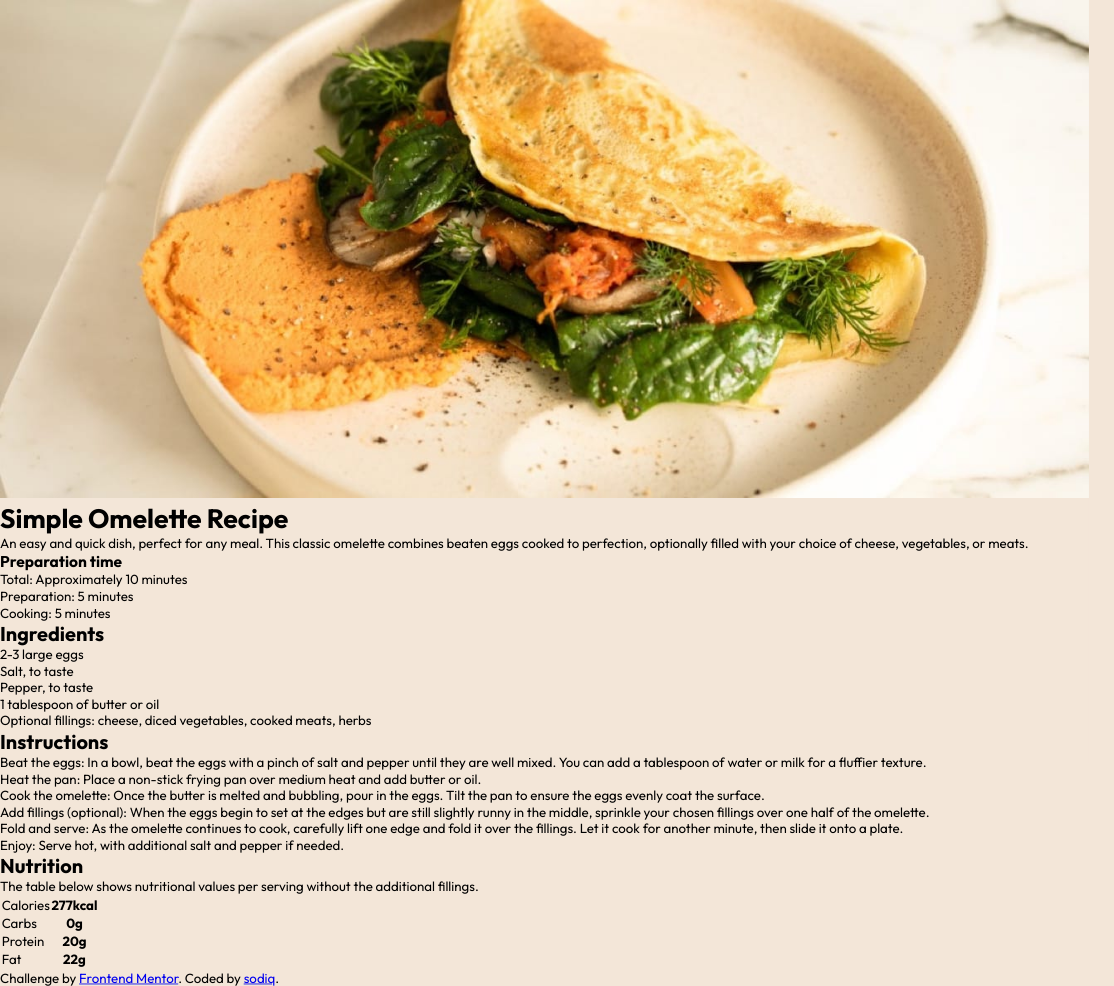
Repository: sodmaq/recipe-page-
Page: index.html
The author's editor kept a copy of each file at every save. The page is drawn from the files as they stood at one save, then again after the next save.
The browser window is 1280 px wide. The page is 1312 px wide, then 1342 px, so the pictures cover 1342 px, including what lies to the right of the window. The pictures show the whole page, at 83% of full size.

Above is the page before, as saved 2024-09-08 04:15:59.

### index.html
<!DOCTYPE html>
<html lang="en">
  <head>
    <meta charset="UTF-8" />
    <meta name="viewport" content="width=device-width, initial-scale=1.0" />
    <link rel="preconnect" href="https://fonts.googleapis.com" />
    <link rel="preconnect" href="https://fonts.gstatic.com" crossorigin />
    <link
      href="https://fonts.googleapis.com/css2?family=Outfit:wght@400;600;700&family=Young+Serif&display=swap"
      rel="stylesheet"
    />
    <link
      rel="icon"
      type="image/png"
      sizes="32x32"
      href="./assets/images/favicon-32x32.png"
    />
    <link rel="stylesheet" href="/style.css" />
    <title>Frontend Mentor | Recipe page</title>
  </head>
  <body>
    <main class="container">
      <img src="/assets/images/image-omelette.jpeg" alt="image-omelette" />
      <div class="heading-text">
        <h1 class="title">Simple Omelette Recipe</h1>
        <p class="paragraph">
          An easy and quick dish, perfect for any meal. This classic omelette
          combines beaten eggs cooked to perfection, optionally filled with your
          choice of cheese, vegetables, or meats.
        </p>
      </div>
      <div class="preparation-section">
        <h3>Preparation time</h3>
        <ul>
          <li><span>Total:</span> Approximately 10 minutes</li>
          <li><span>Preparation:</span> 5 minutes</li>
          <li><span>Cooking:</span> 5 minutes</li>
        </ul>
      </div>
      <section>
        <div class="ingredients">
          <h2>Ingredients</h2>
          <ul>
            <li>2-3 large eggs</li>
            <li>Salt, to taste</li>
            <li>Pepper, to taste</li>
            <li>1 tablespoon of butter or oil</li>
            <li>
              Optional fillings: cheese, diced vegetables, cooked meats, herbs
            </li>
          </ul>
        </div>
        <div class="instructions">
          <ol>
            <h2>Instructions</h2>
            <li>
              <span> Beat the eggs: </span> In a bowl, beat the eggs with a
              pinch of salt and pepper until they are well mixed. You can add a
              tablespoon of water or milk for a fluffier texture.
            </li>
            <li>
              <span> Heat the pan: </span>Place a non-stick frying pan over
              medium heat and add butter or oil.
            </li>
            <li>
              <span> Cook the omelette: </span> Once the butter is melted and
              bubbling, pour in the eggs. Tilt the pan to ensure the eggs evenly
              coat the surface.
            </li>
            <li>
              <span> Add fillings (optional):</span> When the eggs begin to set
              at the edges but are still slightly runny in the middle, sprinkle
              your chosen fillings over one half of the omelette.
            </li>
            <li>
              <span> Fold and serve:</span> As the omelette continues to cook,
              carefully lift one edge and fold it over the fillings. Let it cook
              for another minute, then slide it onto a plate.
            </li>
            <li>
              <span>Enjoy:</span> Serve hot, with additional salt and pepper if
              needed.
            </li>
          </ol>
        </div>
        <div class="nutrition-section">
          <h2>Nutrition</h2>
          <p>
            The table below shows nutritional values per serving without the
            additional fillings.
          </p>
          <table class="table">
            <tr>
              <td>Calories</td>
              <th>277kcal</th>
            </tr>
            <tr>
              <td>Carbs</td>
              <th>0g</th>
            </tr>
            <tr>
              <td>Protein</td>
              <th>20g</th>
            </tr>
            <tr>
              <td>Fat</td>
              <th>22g</th>
            </tr>
          </table>
        </div>
      </section>
    </main>

    <footer class="attribution">
      Challenge by
      <a href="https://www.frontendmentor.io?ref=challenge" target="_blank"
        >Frontend Mentor</a
      >. Coded by <a href="#">sodiq</a>.
    </footer>
  </body>
</html>

### style.css
* {
  margin: 0;
  padding: 0;
  box-sizing: border-box;
}

:root {
  /* Primary color */
  --Nutmeg-color: hsl(14, 45%, 36%);
  --Dark-Raspberry: hsl(332, 51%, 32%);

  /* Neutral color */
  --White-color: hsl(0, 0%, 100%);
  --Rose-White: hsl(330, 100%, 98%);
  --Eggshell-background-color: hsl(30, 54%, 90%);
  --Light-Grey: hsl(30, 18%, 87%);
  --Wenge-Brown: hsl(30, 10%, 34%);
  --Dark-Charcoal: hsl(24, 5%, 18%);
}
body {
  font-family: "Outfit", sans-serif;
  background-color: var(--Eggshell-background-color);
  padding: 1;
}

After the next save:
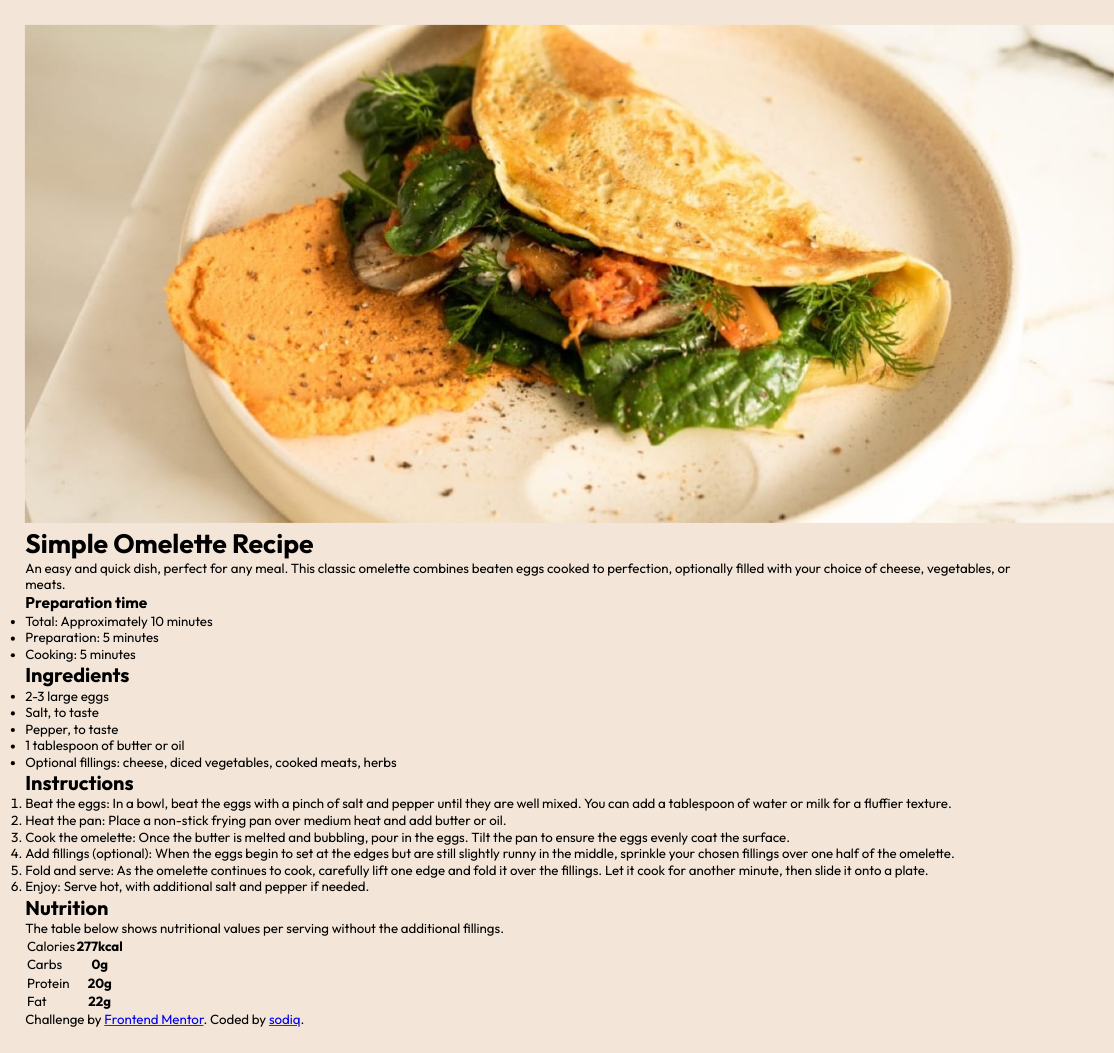
Saved 11 s later.
--- a/style.css
+++ b/style.css
@@ -20,5 +20,5 @@
 body {
   font-family: "Outfit", sans-serif;
   background-color: var(--Eggshell-background-color);
-  padding: 1;
+  padding: 1.9rem;
 }
